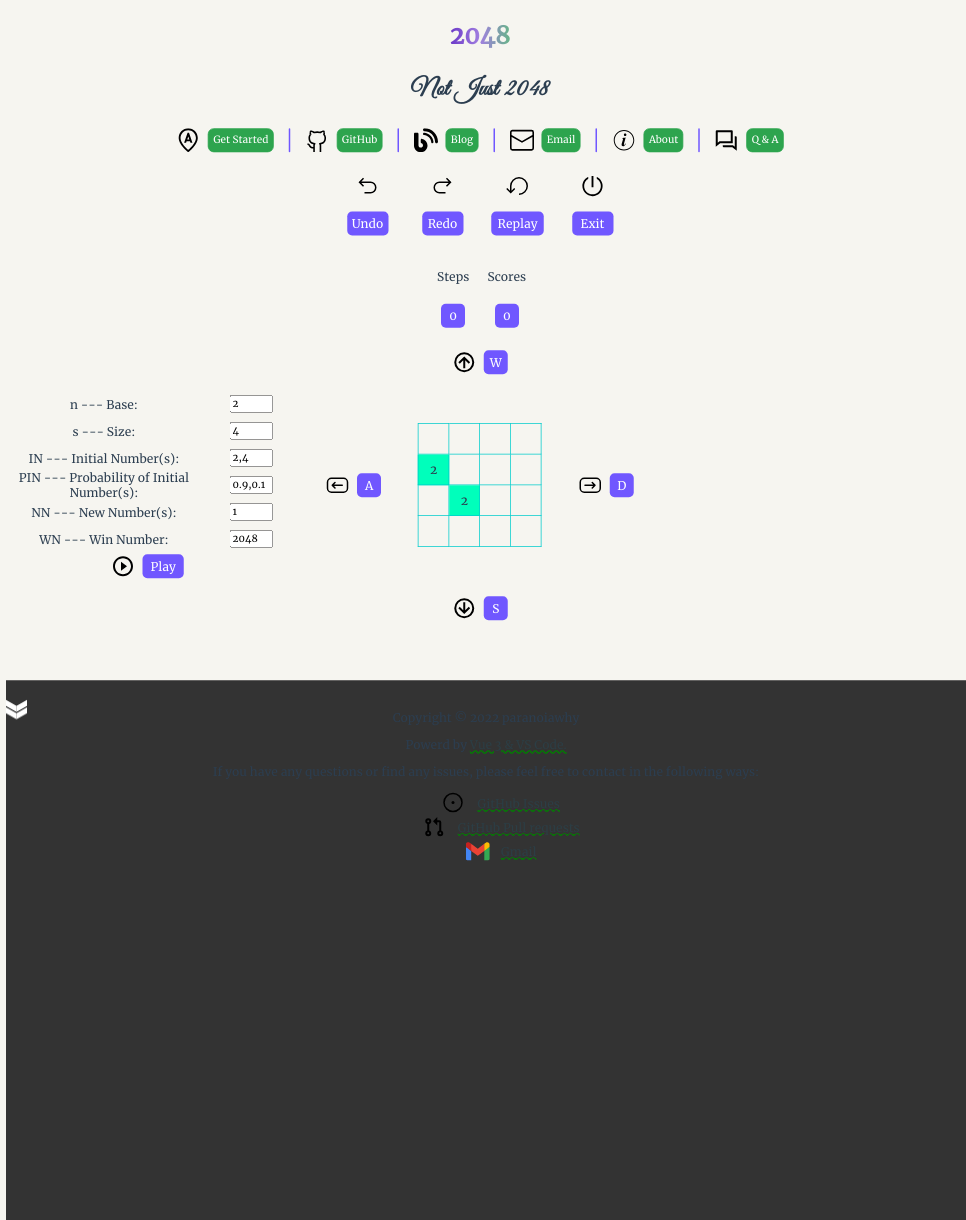
Repository: 321paranoiawhy/2048
Page: /
The author's editor kept a copy of each file at every save. The page is drawn from the files as they stood at one save, then again after the next save.
The browser window is 1280 px wide. The page is 1288 px wide, so the pictures cover 1288 px, including what lies to the right of the window. The pictures show the whole page, at 75% of full size.
The project was rebuilt for these pictures with package versions that can differ from the ones it lists, and the page was loaded fresh each time. Also part of the build but not shown: vue.config.js.

Above is the page before, as saved 2022-04-29 20:54:19.

After the next save:
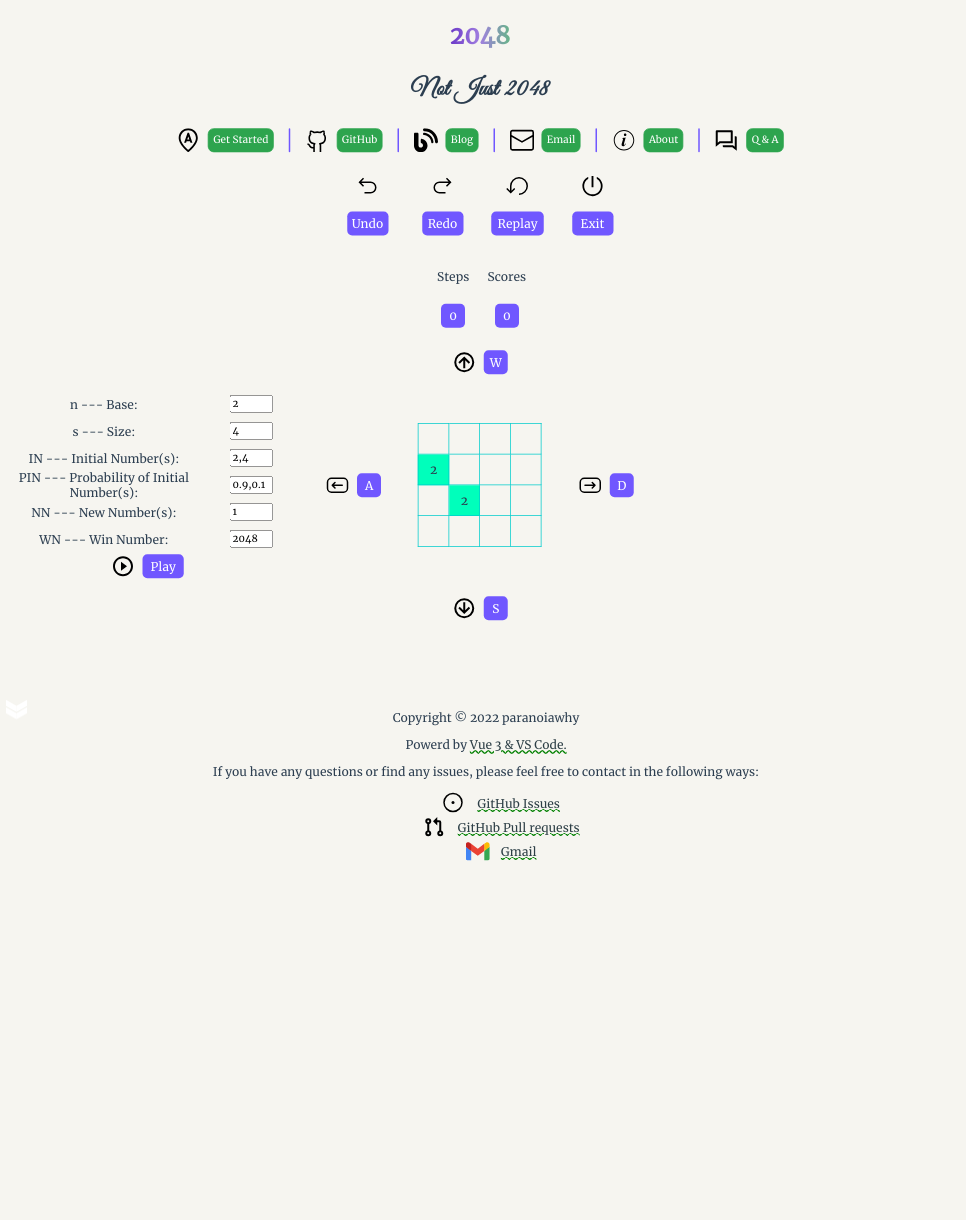
Saved 11 s later.
--- a/src/components/footer.vue
+++ b/src/components/footer.vue
@@ -65,7 +65,7 @@ footer {
     position: absolute;
     width: 100%;
     height: 100%;
-    background: #333;
+    // background: #333;
 
     margin-top: 80px;
     & .double-arrow-down {
